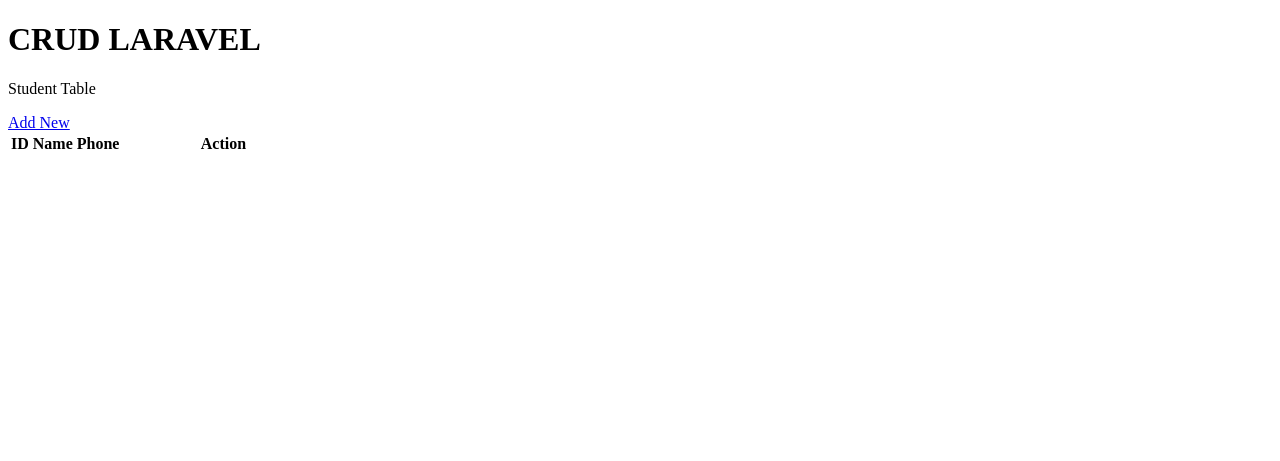
Repository: Abdaljawad-Aya/Laravel-CRUD
Page: http://localhost/laravel-crud
These files come from the project's save history. The page is drawn as it stood at one moment and after a run of saves; the edit follows.
The browser window is 1280 px wide. The pictures show the whole page.
Some web libraries are served in a nearby version. The page is served by the project's Laravel application, run on PHP 8.4 with Laravel 8. Other server files are loaded and not shown. Queries for data that is not in the repository find no rows.

Above is the page before, as saved 2021-02-28 19:49:07.

### studentCrud/routes/web.php
<?php

use Illuminate\Support\Facades\Route;

/*
|--------------------------------------------------------------------------
| Web Routes
|--------------------------------------------------------------------------
|
| Here is where you can register web routes for your application. These
| routes are loaded by the RouteServiceProvider within a group which
| contains the "web" middleware group. Now create something great!
|
*/

Route::get('/', function () {
    return view('welcome');
});

// Route with Resource Controller
Route::resource('laravel-crud', 'CRUDController');

### studentCrud/app/Http/Controllers/CRUDController.php
<?php

namespace App\Http\Controllers;

use App\Student;
use Illuminate\Http\Request;

class CRUDController extends Controller
{
    /**
     * Display a listing of the resource.
     *
     * @return \Illuminate\Http\Response
     */
    public function index()
    {
        $students = Student::paginate(10);
        return view('crud.index', compact('students'));
    }

    /**
     * Show the form for creating a new resource.
     *
     * @return \Illuminate\Http\Response
     */
    public function create()
    {
        return view('crud.create');
    }

    /**
     * Store a newly created resource in storage.
     *
     * @param  \Illuminate\Http\Request  $request
     * @return \Illuminate\Http\Response
     */
    public function store(Request $request)
    {
        //Validate the Field
        $this->validate($request, [
            'name'  => 'required',
            'phone' => 'required',
        ]);

        $student = new Student();
        $student->name  = $request->name;
        $student->phone = $request->phone;
        $student->save();
        return redirect()->route('laravel-crud.index')->with('message', 'New Student Created Successfull !');
    }

    /**
     * Display the specified resource.
     *
     * @param  int  $id
     * @return \Illuminate\Http\Response
     */
    public function show($id)
    {
        $student = Student::find($id);
        return view('crud.read', compact('student'));
    }

    /**
     * Show the form for editing the specified resource.
     *
     * @param  int  $id
     * @return \Illuminate\Http\Response
     */
    public function edit($id)
    {
        $student = Student::find($id);
        return view('crud.edit', compact('student'));
    }

    /**
     * Update the specified resource in storage.
     *
     * @param  \Illuminate\Http\Request  $request
     * @param  int  $id
     * @return \Illuminate\Http\Response
     */
    public function update(Request $request, $id)
    {
        $student = Student::find($id);
        // return view('crud.update', compact('student'));

        // Validate the feild
        $this->validate($request, [
            'name'  => 'required',
            'phone' => 'required',
        ]);
        $student = Student::find($id);
        $student->name = $request->name;
        $student->phone = $request->phone;
        $student->save();
        return redirect()->route('laravel-crud.index')->with('message', 'Student Updated Successfull !');
    }

    /**
     * Remove the specified resource from storage.
     *
     * @param  int  $id
     * @return \Illuminate\Http\Response
     */
    public function destroy($id)
    {
        $student  = Student::find($id)->delete();
        return back()->with('message', 'Student Deleted Successfully !');
    }
}

### studentCrud/resources/views/crud/index.blade.php
@extends('crud.main')
@section('main-content')

<div class="container">
    <div class="jumbotron">
        <h1>CRUD LARAVEL</h1>
        <p>Student Table</p>
    </div>

    @if (Session::has('message'))
        <p class="alert alert-success">{{Session::get('message')}}</p>
    @endif
    <div class="panel panel-primary">
        <div class="panel-heading">
            <a href="{{route('laravel-crud.create')}}" data-toggle="modal" data-target="#addModal" class="btn btn-default btn-sm"><i class="glyphicon glyphicon-plus"></i>Add New</a>
        </div>
        <div class="panel-body">
            <table class="table table-hover table-bordered table-stripped">
                <thead>
                    <tr>
                        <th>ID</th>
                        <th>Name</th>
                        <th>Phone</th>
                        <th style="width:200px;">Action</th>
                    </tr>
                </thead>
                <tbody>
                    @foreach ($students as $student)
                        <tr>
                            <td>{{$loop->index+1}}</td>
                            <td>{{$student->name}}</td>
                            <td>{{$student->phone}}</td>
                            <td>
                                <form method="post" action="{{route('laravel-crud.destroy',$student->id)}}" class="delete_form">

                                    {{ csrf_field() }}
                                    {{ method_field('DELETE') }}
                                    <a href="{{ route('laravel-crud.edit',$student->id) }}" class="btn btn-xs btn-primary">Edit</a>

                                    <a href="{{ route('laravel-crud.show',$student->id) }}" class="btn btn-xs btn-success">View</a>
                                    <button class="btn btn-xs btn-danger" type="submit" onclick="return confirm('Are You Sure? Want to Delete It.')">Delete</button>
                                </form>
                            </td>
                        </tr>
                    @endforeach
                </tbody>
            </table>
                <p class="pull-right">
                {{ $students->links() }}
                </p>
        </div>
    </div>
</div>

@endsection

### studentCrud/resources/views/crud/main.blade.php
<!doctype html>
<html lang="en">
  <head>
    <!-- Required meta tags -->
    <meta charset="utf-8">
    <meta name="viewport" content="width=device-width, initial-scale=1, shrink-to-fit=no">
    <script src="https://ajax.googleapis.com/ajax/libs/jquery/1.11.3/jquery.min.js"></script>
    <script src="https://maxcdn.bootstrapcdn.com/bootstrap/4.5.1/js/bootstrap.min.js"></script>

    <!-- Bootstrap CSS -->
    <link rel="stylesheet" href="{{ asset('assets/css/bootstrap.css') }}">

    <title>Laravel CRUD</title>
  </head>
  <body>


    @section('main-content')


    @show

    <!-- Optional JavaScript -->
    <!-- jQuery first, then Popper.js, then Bootstrap JS -->
      <script type="text/javascript" src="{{ asset('assets/js/bootstrap.min.js') }}"></script>
  </body>
</html>

Loaded but not shown: studentCrud/app/Http/Controllers/Controller.php (common file); studentCrud/app/Student.php (common file)

After the next 2 saves:
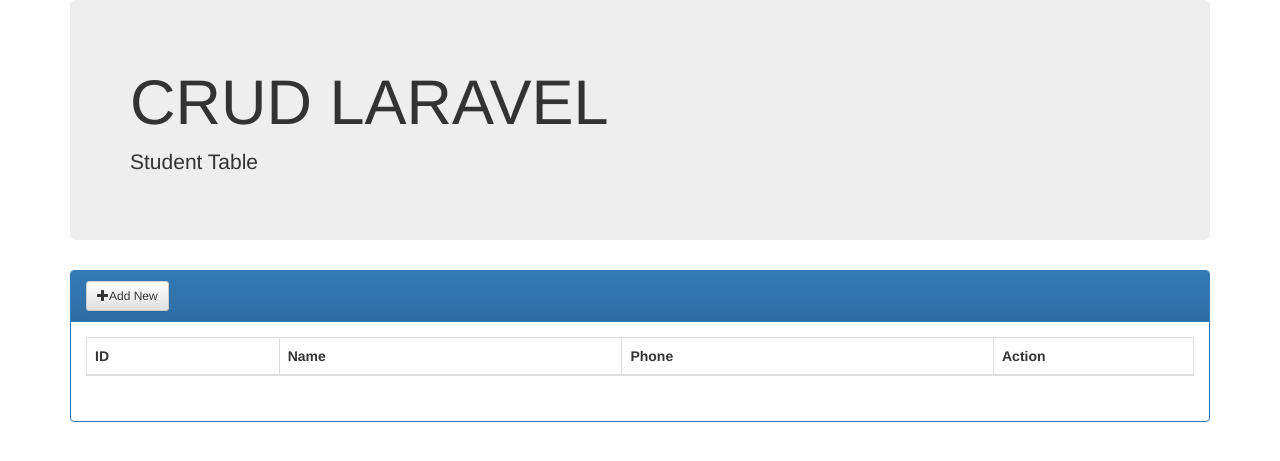
The 2 saves are shown as one change because they came seconds apart.
The last was saved 17 s later.
--- a/studentCrud/resources/views/crud/main.blade.php
+++ b/studentCrud/resources/views/crud/main.blade.php
@@ -4,6 +4,9 @@
     <!-- Required meta tags -->
     <meta charset="utf-8">
     <meta name="viewport" content="width=device-width, initial-scale=1, shrink-to-fit=no">
+    <link rel="stylesheet" href="https://maxcdn.bootstrapcdn.com/bootstrap/3.3.5/css/bootstrap.min.css">
+    <link rel="stylesheet" href="https://maxcdn.bootstrapcdn.com/bootstrap/3.3.5/css/bootstrap-theme.min.css">
+
     <script src="https://ajax.googleapis.com/ajax/libs/jquery/1.11.3/jquery.min.js"></script>
     <script src="https://maxcdn.bootstrapcdn.com/bootstrap/4.5.1/js/bootstrap.min.js"></script>
 
